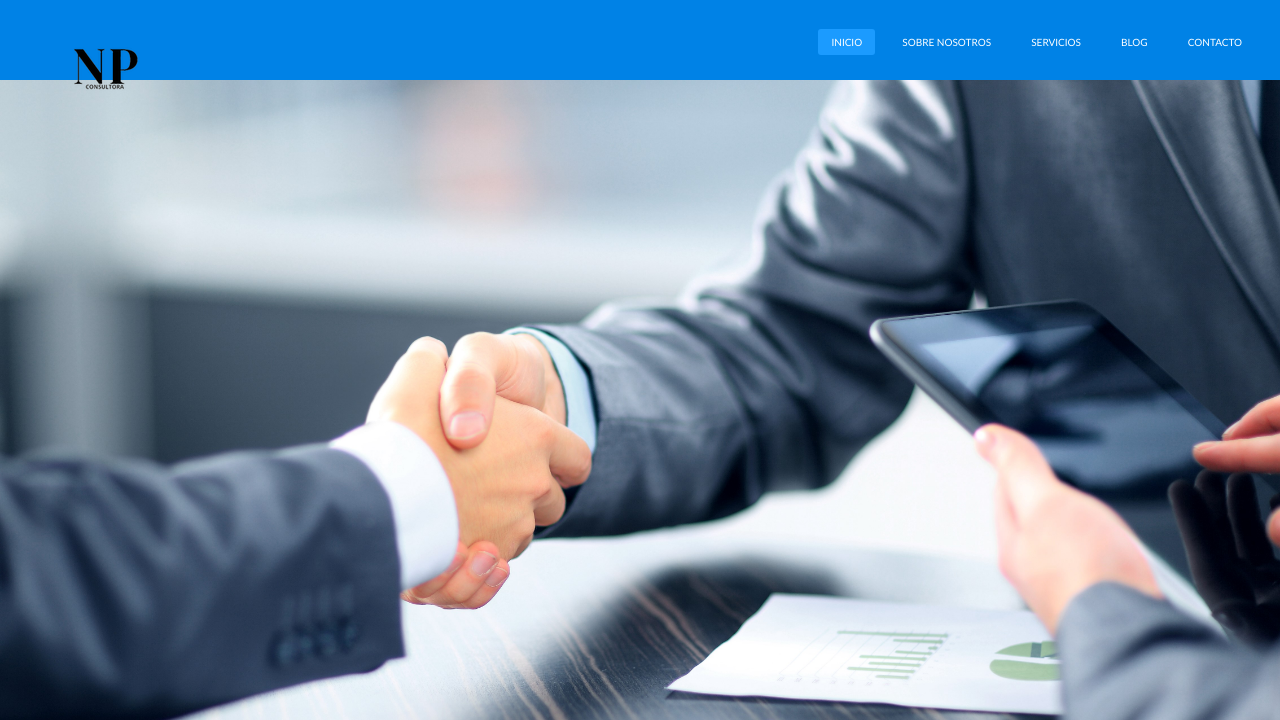
Repository: Batu120/pre-entrega2
Page: index.html
An editor plug-in stored every save of this project. The page is shown before and after a run of saves, followed by the edit.
The browser window is 1280 px wide. The pictures show the whole page.

Above is the page before, as saved 2022-10-29 20:36:01.

### index.html
<!DOCTYPE html>
<html lang="en" dir="ltr">
<head>
    <meta charset="UTF-8">
    <meta http-equiv="X-UA-Compatible" content="IE=edge">
    <meta name="viewport" content="width=device-width, initial-scale=1.0">
    <title>2da Pre Entrega</title>

    <!-- CSS -->
    <link rel="stylesheet" href="CSS/style.css">
    <link rel="stylesheet" href="https://cdnjs.cloudflare.com/ajax/libs/font-awesome/4.7.0/css/font-awesome.min.css">
</head>
<body>
    <nav>
        <input type="checkbox" id="check">
        <label for="check" class="checkbtn">
            <i style="font-size:24px" class="fa">&#xf0c9;</i>
        </label>
        <label class="logo"><img src="IMG/CONSULTORA.png" alt="logo_web"></label>
            <!-- Lista no ordenada -->
            <ul>
                <!-- Items / Menu -->
                <li><a class="active" href="#">Inicio</a></li>
                <li><a href="#">Sobre Nosotros</a></li>
                <li><a href="#">Servicios</a></li>
                <li><a href="#">Blog</a></li>
                <li><a href="#">Contacto</a></li>
            </ul>
    </nav>

    <section></section>

            <!-- <img clas="menu" src="IMG/menu-icon2.png" alt="menu"> -->
<!-- Enlaces -->

<!--    <main>
        <h1>CONSULTORA </h1>
    </main> -->

</body>
</html>

### CSS/style.css
body {
    font-family:'Gill Sans', 'Gill Sans MT', Calibri, 'Trebuchet MS', sans-serif;
}

/* NAV BAR - ENLACES - RESPONSIVE */

* {
    padding: 0;
    margin: 0;
    text-decoration: none;
    list-style: none;
    box-sizing: border-box;
}
nav {
    background: #0082e6;
    height: 80px;
    width: 100%;
}
/*  */
.logo{
    color: white;
    font-size: 25px;
    line-height: 80px;
    padding: 30px;
    margin: 0 10px;
    font-weight: bold;
}
nav ul{
    float: right;
    margin-right: 20px;
    padding-top: 0%;
}
nav ul li{
    display: inline-block;
    line-height: 80px;
    margin: 0 5px;
}
nav ul li a{
    color: white;
    font-size: 10px;
    padding: 7px 13px;
    border-radius: 3px;
    text-transform: uppercase;
}
a.active,a:hover{
    background: #1b9bff;
    transition: .5s;
}
.checkbtn{
    font-size: 30px;
    color: white;
    float: right;
    line-height: 80px;
    margin-right: 30px;
    cursor: pointer;
    display: none;
}
#check{
    display: none;
}
/* PREUBA RESPONSIVE TEST */
/* @media (max-width: 1000px){
    label.logo {
        font-size: 25px;
        padding-left: 50px;
    }
    nav ul li a{
        font-size: 16px;
    }
} */
@media (max-width: 800px){
    .checkbtn{
        display: block;
    }
    ul{
        position: fixed;
        width: 100%;
        height: 100vh;
        background: #2c3e50;
        top: 80px;
        left: -100%;
        text-align: center;
        transition: all .5s;
    }
    nav ul li{
        display: block;
        margin: 50px 0;
        line-height: 30px;
    }
    nav ul li a {
        font-size: 20px;
    }
        a:hover,a.active{
        background:none;
        color: #0082e6;
        }
        #check:checked ~ ul{
        left: 0;
        }
    }

    section{
        background: url(/IMG/consultoria_img.jpeg) no-repeat;
        background-size: cover;
        height: calc(100vh - 80px);
    }
/* .listaNOordenada {
    display: flex;
    flex-direction: row;
    justify-content:flex-end;
    list-style: none;
}

li {
    font-size: large;
    text-transform: uppercase;
    font-family:'Gill Sans', 'Gill Sans MT', Calibri, 'Trebuchet MS', sans-serif;
    font-weight: 600;
    margin: 10px;
    padding: 5px;
    letter-spacing: 2px;
}

@media (max-width: 850px){
    .listaNOordenada {
        flex-direction: column;
    }
}
 */

After the next 3 saves:
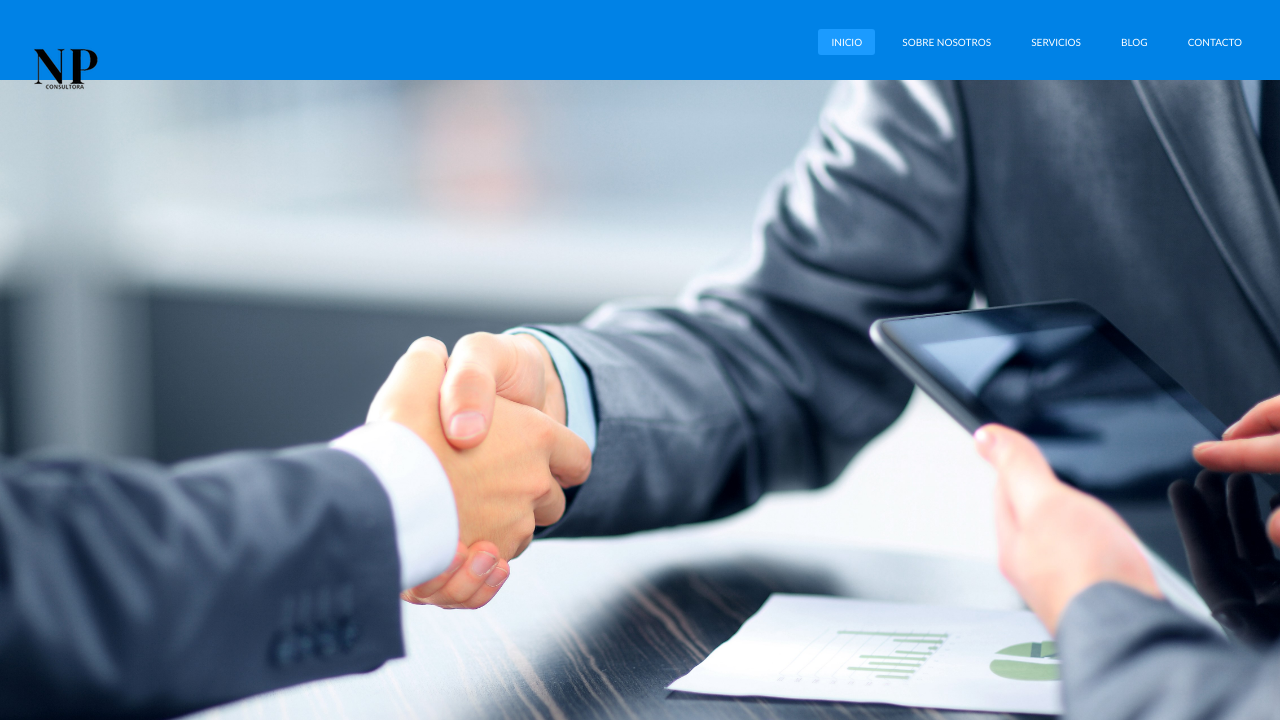
The 3 saves are shown as one change because they came seconds apart.
The last was saved 12 s later.
--- a/CSS/style.css
+++ b/CSS/style.css
@@ -22,7 +22,7 @@ nav {
     font-size: 25px;
     line-height: 80px;
     padding: 30px;
-    margin: 0 10px;
+    margin: -30px;
     font-weight: bold;
 }
 nav ul{
